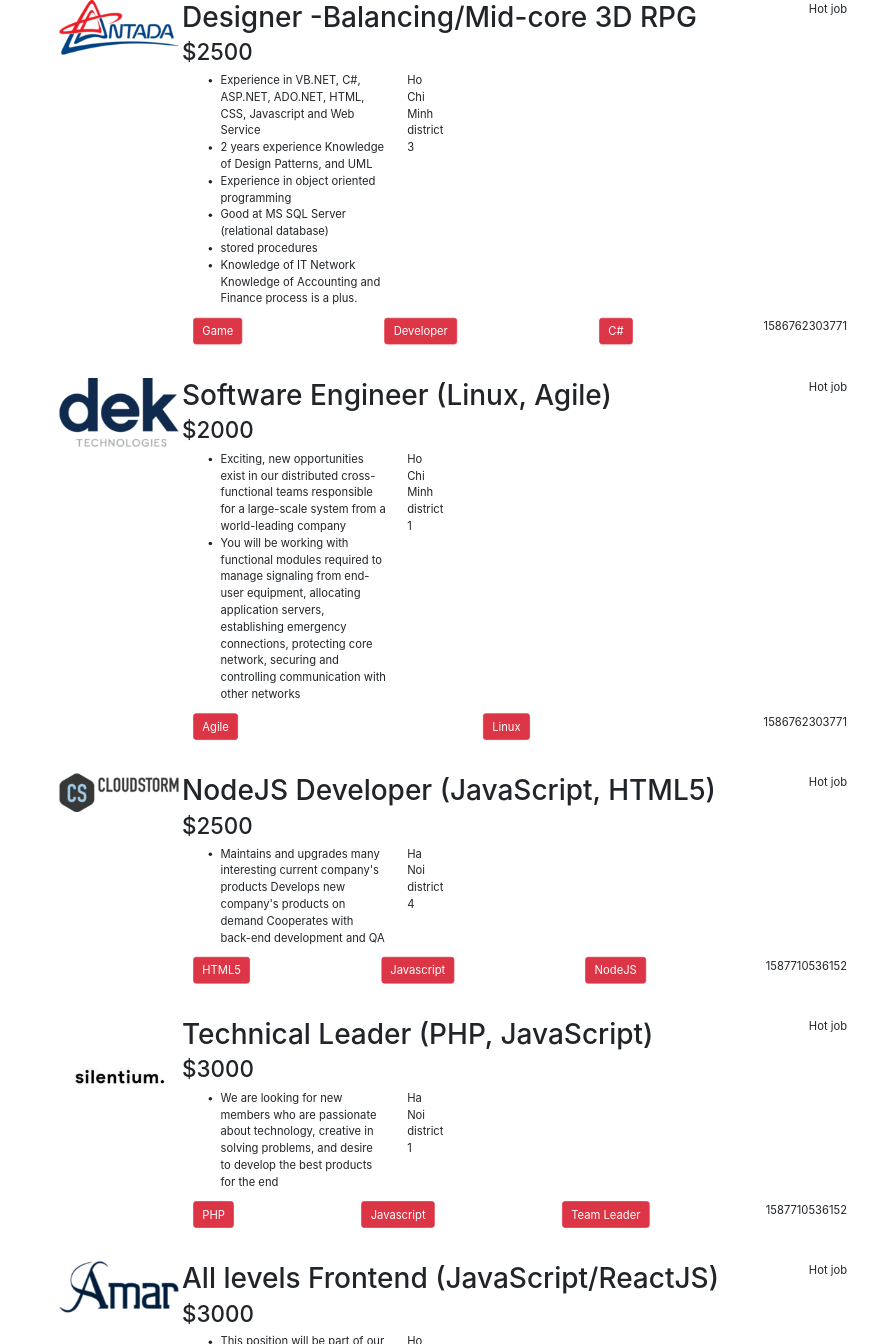
Repository: tts2610/itviec-clone
Page: /
An editor plug-in stored every save of this project. The page is shown before and after the next save, followed by the edit.
The browser window is 1280 px wide. The pictures show the part of the page from y = 0 to 1920 px (the page is 2762 px tall before and 2666 px after), at 70% of full size.
The project was rebuilt for these pictures with package versions that can differ from the ones it lists, and the page was loaded fresh each time. Requests to the local data server were answered from the project's data file. Also part of the build but not shown: src/pages/Login.js, src/pages/Detail.js.

Above is the page before, as saved 2020-06-08 15:30:25.

### public/index.html
<!DOCTYPE html>
<html lang="en">

<head>
    <meta charset="utf-8" />
    <link rel="icon" href="%PUBLIC_URL%/favicon.ico" />
    <meta name="viewport" content="width=device-width, initial-scale=1" />
    <meta name="theme-color" content="#000000" />
    <meta name="description" content="Web site created using create-react-app" />
    <link rel="apple-touch-icon" href="%PUBLIC_URL%/logo192.png" />
    <!--
      manifest.json provides metadata used when your web app is installed on a
      user's mobile device or desktop. See https://developers.google.com/web/fundamentals/web-app-manifest/
    -->
    <link rel="manifest" href="%PUBLIC_URL%/manifest.json" />
    <!--
      Notice the use of %PUBLIC_URL% in the tags above.
      It will be replaced with the URL of the `public` folder during the build.
      Only files inside the `public` folder can be referenced from the HTML.

      Unlike "/favicon.ico" or "favicon.ico", "%PUBLIC_URL%/favicon.ico" will
      work correctly both with client-side routing and a non-root public URL.
      Learn how to configure a non-root public URL by running `npm run build`.
    -->
    <title>React App</title>
    <link rel="stylesheet" crossorigin="anonymous" href="https://maxcdn.bootstrapcdn.com/bootstrap/4.3.1/css/bootstrap.min.css" integrity="sha384-ggOyR0iXCbMQv3Xipma34MD+dH/1fQ784/j6cY/iJTQUOhcWr7x9JvoRxT2MZw1T" />
</head>

<body>
    <noscript>You need to enable JavaScript to run this app.</noscript>
    <div id="root"></div>
    <!--
      This HTML file is a template.
      If you open it directly in the browser, you will see an empty page.

      You can add webfonts, meta tags, or analytics to this file.
      The build step will place the bundled scripts into the <body> tag.

      To begin the development, run `npm start` or `yarn start`.
      To create a production bundle, use `npm run build` or `yarn build`.
    -->
</body>

</html>

### src/App.js
import React, { useState } from "react";
import logo from "./logo.svg";
import "./App.css";
import "bootstrap/dist/css/bootstrap.min.css";
import { Switch, Route, Redirect } from "react-router-dom";
import Jobs from "./pages/Jobs";
import Login from "./pages/Login";
import Detail from "./pages/Detail";

function App() {
  const [user, setUser] = useState(true);
  const ProtectedRoute = (props) => {
    if (user === true) {
      return <Route {...props} />;
    } else {
      return <Redirect to="/login" />;
    }
  };
  return (
    <div>
      <Switch>
        <ProtectedRoute
          path="/jobs/:id"
          render={(props) => <Detail {...props} />}
          // component={Detail}
        />
        <Route path="/jobs/:id" component={Detail} />
        <Route path="/jobs" component={Jobs} />
        <Route path="/login" component={Login} />
        <Route path="/" component={Jobs} />
      </Switch>
    </div>
  );
}

export default App;

### src/App.css
.App {
    text-align: center;
}

.App-logo {
    height: 40vmin;
    pointer-events: none;
}

@media (prefers-reduced-motion: no-preference) {
    .App-logo {
        animation: App-logo-spin infinite 20s linear;
    }
}

.App-header {
    background-color: #282c34;
    min-height: 100vh;
    display: flex;
    flex-direction: column;
    align-items: center;
    justify-content: center;
    font-size: calc(10px + 2vmin);
    color: white;
}

.App-link {
    color: #61dafb;
}

@keyframes App-logo-spin {
    from {
        transform: rotate(0deg);
    }
    to {
        transform: rotate(360deg);
    }
}

.desRow {
    width: 40%;
}

### src/pages/Jobs.js
import React, { Component } from "react";
import axios from "axios";
import { Row, Col, Button, Container } from "react-bootstrap";

export default class Jobs extends Component {
  state = {
    jobList: [],
  };
  componentDidMount() {
    axios.get("http://localhost:3001/jobs/").then((res) => {
      const jobs = res.data;
      this.setState({ jobList: jobs });
    });
  }
  render() {
    return (
      <div>
        <Container>
          {this.state.jobList.map((job, index) => {
            return (
              <Row key={index} className="mb-5">
                <Col sm={2}>
                  <img src={process.env.PUBLIC_URL + `${job.img}`} alt="" />
                </Col>
                <Col sm={10}>
                  <Row style={{ justifyContent: "space-between" }}>
                    <h1>{job.title}</h1>
                    <div>Hot job</div>
                  </Row>
                  <Row>
                    <h2>${job.salary}</h2>
                  </Row>
                  <Row
                    className="desRow"
                    style={{ justifyContent: "space-between" }}
                  >
                    <Col sm={10}>
                      <ul>
                        {job.description.split(". ").map((des, index) => {
                          return <li key={index}>{des}</li>;
                        })}
                      </ul>
                    </Col>
                    <Col sm={2}>
                      <div>{job.city}</div>
                      <div>district {job.district}</div>
                    </Col>
                  </Row>
                  <Row style={{ justifyContent: "space-between" }}>
                    {job.tags.map((tag, index) => (
                      <Button className="ml-3" key={index} variant="danger">
                        {tag}
                      </Button>
                    ))}
                    <div>{job.time}</div>
                  </Row>
                </Col>
              </Row>
            );
          })}
        </Container>
      </div>
    );
  }
}

### db.json
{
  "jobs": [
    {
      "id": 0,
      "img": "/images/Logo1.png",
      "title": "Designer -Balancing/Mid-core 3D RPG",
      "salary": "2500",
      "city": "Ho Chi Minh",
      "district": "3",
      "time": 1586762303771,
      "tags": [
        "Game",
        "Developer",
        "C#"
      ],
      "isHotjob":true,
      "benefits": [
        "Walfare",
        "Multiple game genres",
        "Promotion opportunities"
      ],
      "description": "Experience in VB.NET, C#, ASP.NET, ADO.NET, HTML, CSS, Javascript and Web Service. 2 years experience Knowledge of Design Patterns, and UML. Experience in object oriented programming. Good at MS SQL Server (relational database). stored procedures. Knowledge of IT Network Knowledge of Accounting and Finance process is a plus."
    },
    {
      "id": 1,
      "img": "/images/Logo2.png",
      "title": "Software Engineer (Linux, Agile)",
      "salary": 2000,
      "city": "Ho Chi Minh",
      "district": 1,
      "time": 1586762303771,
      "tags": [
        "Agile",
        "Linux"
      ],
      "isHotjob":false,
      "benefits": [
        "Attractive and competitive salary",
        "Training/work overseas",
        "Open and honest culture"
      ],
      "description": "Exciting, new opportunities exist in our distributed cross-functional teams responsible for a large-scale system from a world-leading company. You will be working with functional modules required to manage signaling from end-user equipment, allocating application servers, establishing emergency connections, protecting core network, securing and controlling communication with other networks"
    },
    {
      "id": 2,
      "img": "/images/Logo3.png",
      "title": "NodeJS Developer (JavaScript, HTML5)",
      "salary": 2500,
      "city": "Ha Noi",
      "district": 4,
      "time": 1587710536152,
      "tags": [
        "HTML5",
        "Javascript",
        "NodeJS"
      ],
      "isHotjob":true,
      "benefits": [
        "Salary up to $2500",
        "Awesome working environment",
        "Amazing products and people"
      ],
      "description": "Maintains and upgrades many interesting current company's products Develops new company's products on demand Cooperates with back-end development and QA"
    },
    {
      "id": 3,
      "img": "/images/Logo4.png",
      "title": "Technical Leader (PHP, JavaScript)",
      "salary": 3000,
      "city": "Ha Noi",
      "district": 1,
      "time": 1587710536152,
      "tags": [
        "PHP",
        "Javascript",
        "Team Leader"
      ],
      "isHotjob":true,
      "benefits": [
        "Working with Japanese experts",
        "15 annual leave days",
        "Trained in technical skills"
      ],
      "description": "We are looking for new members who are passionate about technology, creative in solving problems, and desire to develop the best products for the end"
    },
    {
      "id": 4,
      "img": "/images/Logo5.png",
      "title": "All levels Frontend (JavaScript/ReactJS)",
      "salary": 3000,
      "city": "Ho Chi Minh",
      "district": 2,
      "time": 1587710536152,
      "tags": [
        "ReactJS",
        "Javascript",
        "HTML5"
      ],
      "isHotjob":false,
      "benefits": [
        "Training Program",
        "Premium healthcare",
        "On-site short/long-term in US"
      ],
      "description": "This position will be part of our core team. We are looking for a software developer that  take the role as lead software engineer. This role will be one of our building blocks when scaling out our team. This person will be doing development, research and on-boarding of new members. You will be in charge of your field and will actively participate in technology discussions in various projects. Your will be working in our new offices in Ho Chi Minh."
    },
    {
      "id": 5,
      "img": "/images/Logo6.png",
      "title": "Front - end Developer (ReactJS)",
      "salary": 5000,
      "city": "Ho Chi Minh",
      "district": 1,
      "time": 1587710536152,
      "tags": [
        "ReactJS",
        "Javascript",
        "HTML5"
      ],
      "isHotjob":true,
      "benefits": [
        "Ownership and growth",
        "Attractive Stock Options",
        "On-site short/long-term in US"
      ],
      "description": "Develop templates and prototype base on UI/UX designs. Implement user interface for web applications using ReactJS and/or Angular"
    }
  ]
}

Loaded but not shown: src/index.js (common file); src/index.css (common file); src/serviceWorker.js (common file)

After the next save:
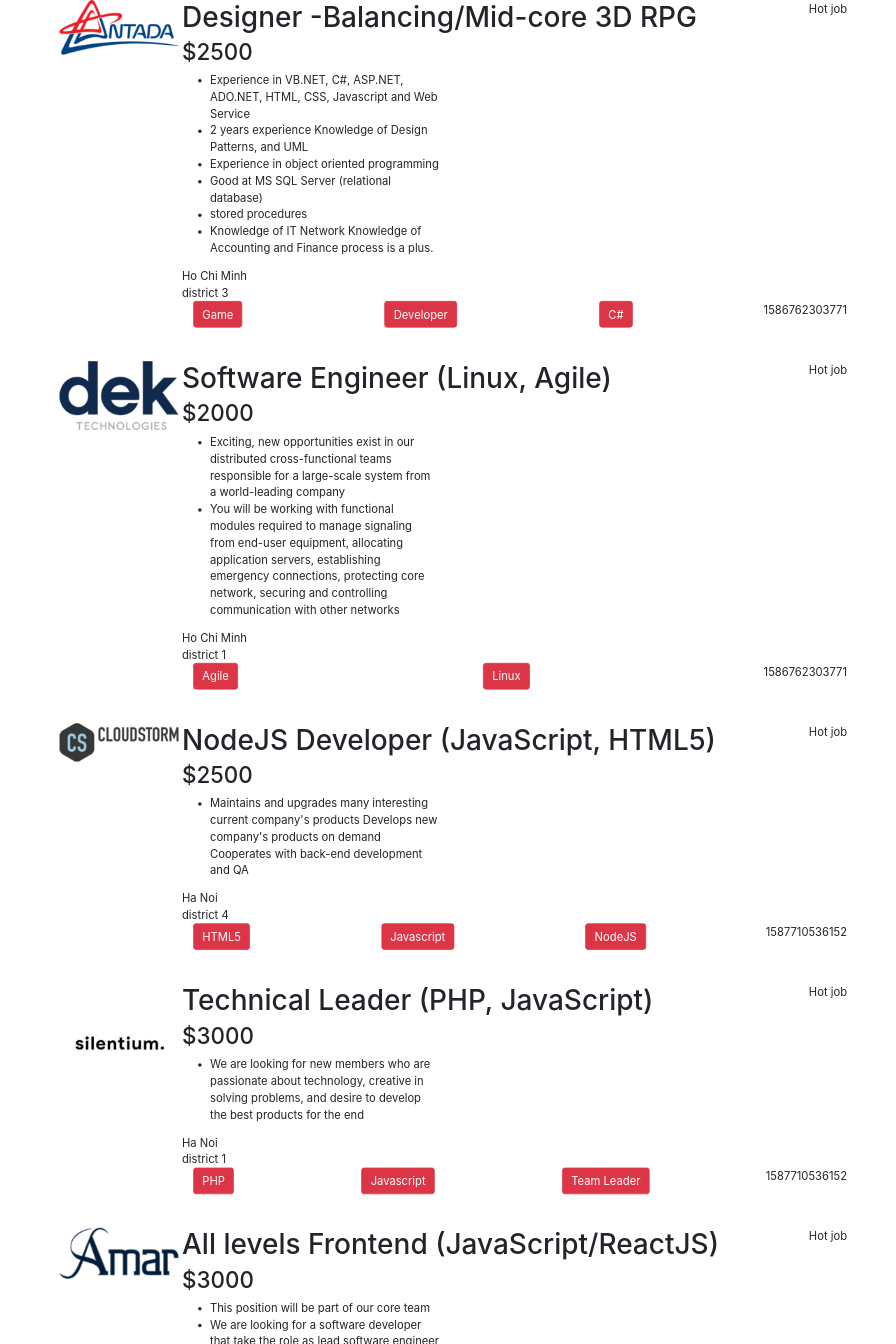
Saved 80 s later.
--- a/src/pages/Jobs.js
+++ b/src/pages/Jobs.js
@@ -34,17 +34,15 @@
                     className="desRow"
                     style={{ justifyContent: "space-between" }}
                   >
-                    <Col sm={10}>
-                      <ul>
-                        {job.description.split(". ").map((des, index) => {
-                          return <li key={index}>{des}</li>;
-                        })}
-                      </ul>
-                    </Col>
-                    <Col sm={2}>
+                    <ul>
+                      {job.description.split(". ").map((des, index) => {
+                        return <li key={index}>{des}</li>;
+                      })}
+                    </ul>
+                    <div>
                       <div>{job.city}</div>
                       <div>district {job.district}</div>
-                    </Col>
+                    </div>
                   </Row>
                   <Row style={{ justifyContent: "space-between" }}>
                     {job.tags.map((tag, index) => (
